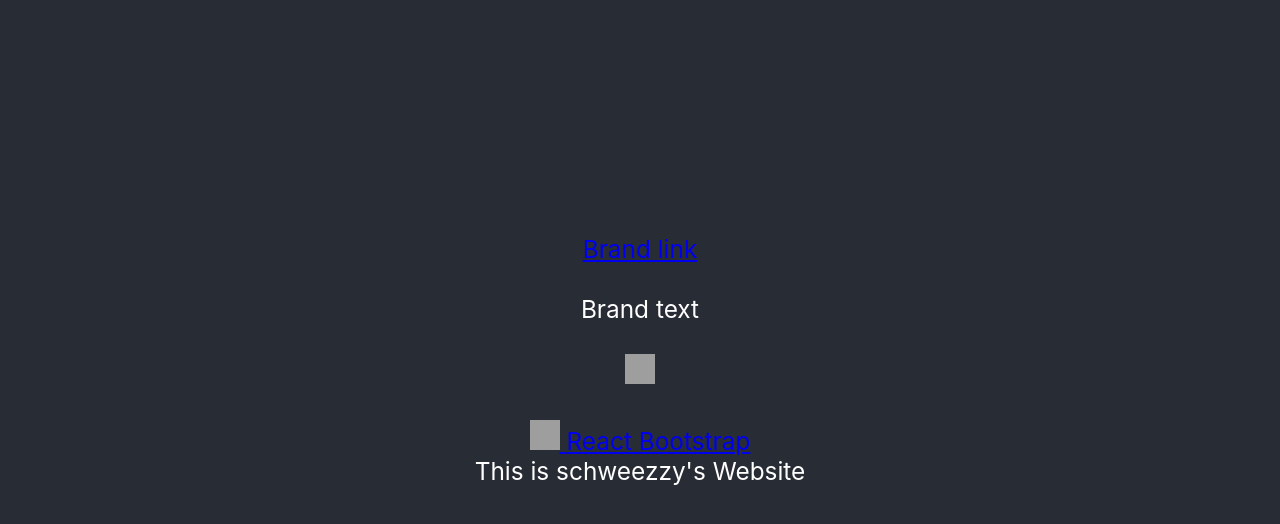
Repository: schweizercode/schweezzy
Page: /
These files come from the project's save history. The page is drawn as it stood at one moment and after the next save; the edit follows.
The browser window is 1280 px wide. The pictures show the whole page.
Pictures or frames that could not be fetched are drawn as grey boxes. The project was rebuilt for these pictures with package versions that can differ from the ones it lists, and the page was loaded fresh each time.

Above is the page before, as saved 2021-04-12 14:05:10.

### src/App.js
import React from 'react';
import './App.css';
import Navbar from "./Navbar.js"


function App() {
  return (
    <div className="App">
      <header className="App-header">
        <Navbar />
        <a> This is schweezzy's Website</a>

      </header>
    </div>
  );
}

export default App;

### src/Navbar.js
import React from 'react';
import Navbar from 'react-bootstrap/Navbar';


function Nav() {
    return (

        <>
            <Navbar bg="light">
                <Navbar.Brand href="#home">Brand link</Navbar.Brand>
            </Navbar>
            <br />
            <Navbar bg="light">
                <Navbar.Brand>Brand text</Navbar.Brand>
            </Navbar>
            <br />
            <Navbar bg="dark">
                <Navbar.Brand href="#home">
                    <img
                        src="/logo.svg"
                        width="30"
                        height="30"
                        className="d-inline-block align-top"
                        alt="React Bootstrap logo"
                    />
                </Navbar.Brand>
            </Navbar>
            <br />
            <Navbar bg="dark" variant="dark">
                <Navbar.Brand href="#home">
                    <img
                        alt=""
                        src="/logo.svg"
                        width="30"
                        height="30"
                        className="d-inline-block align-top"
                    />{' '}
      React Bootstrap
    </Navbar.Brand>
            </Navbar>
        </>

    );
}

export default Nav;

Loaded but not shown: public/index.html (common file); src/index.js (common file); src/index.css (common file); src/reportWebVitals.js (common file); src/App.css (common file)

After the next save:
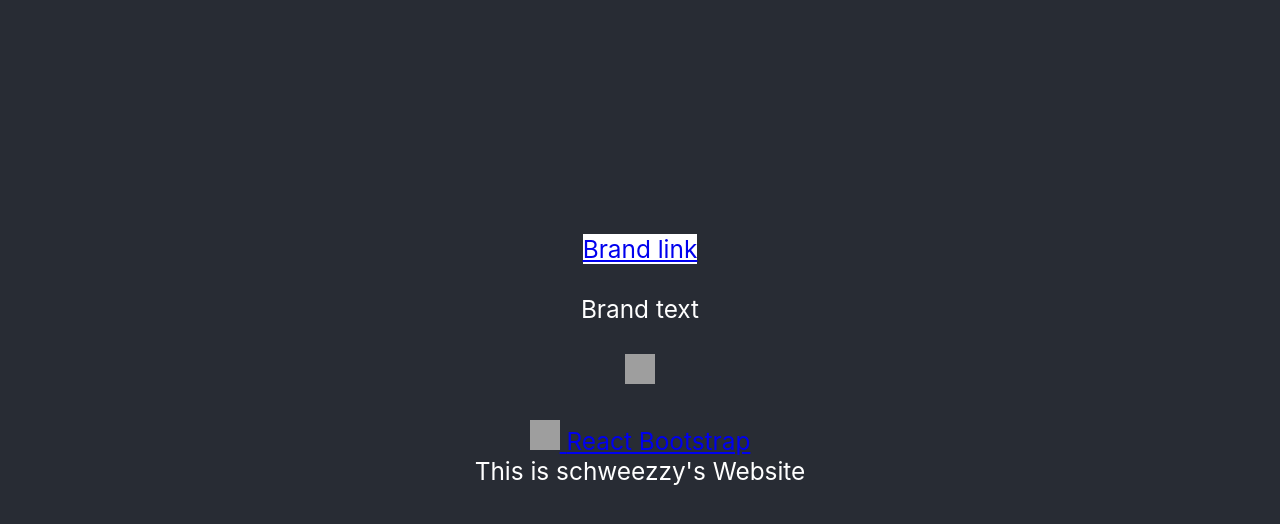
Saved 26 s later.
--- a/src/Navbar.js
+++ b/src/Navbar.js
@@ -6,7 +6,7 @@ function Nav() {
     return (
 
         <>
-            <Navbar bg="light">
+            <Navbar bg="light" style={{ backgroundColor: 'white' }}>
                 <Navbar.Brand href="#home">Brand link</Navbar.Brand>
             </Navbar>
             <br />
